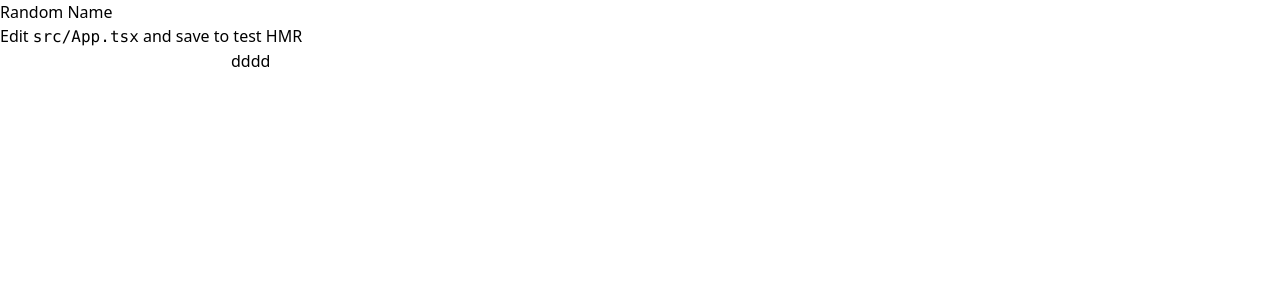
Repository: prodavetc/randomname
Page: /
An editor plug-in stored every save of this project. The page is shown before and after the next save, followed by the edit.
The browser window is 1280 px wide. The pictures show the whole page.
The project was rebuilt for these pictures with package versions that can differ from the ones it lists, and the page was loaded fresh each time. Also part of the build but not shown: vite.config.ts.

Above is the page before, as saved 2024-03-26 10:19:35.

After the next save:
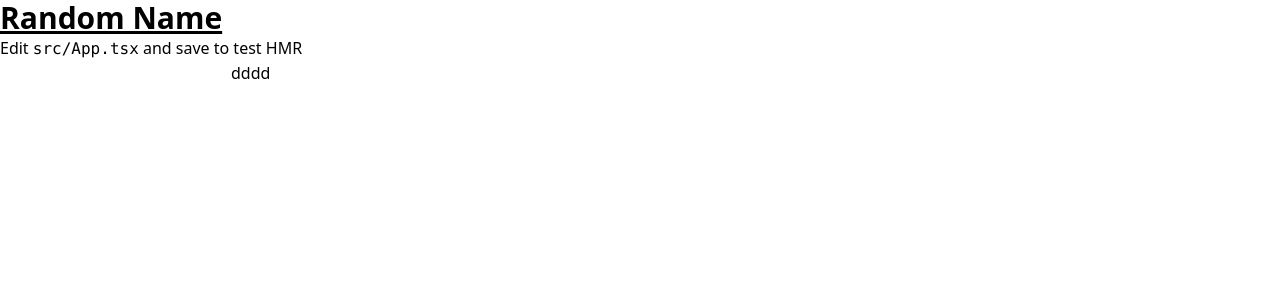
Saved 3 s later.
--- a/src/components/RandomName.tsx
+++ b/src/components/RandomName.tsx
@@ -26,7 +26,7 @@ const RandomName = () => {
   return (
     <>
 
-      <h1>Random Name</h1>
+      <h1 className="text-3xl font-bold underline">Random Name</h1>
       <div className="card">
        {list}
         <p>
